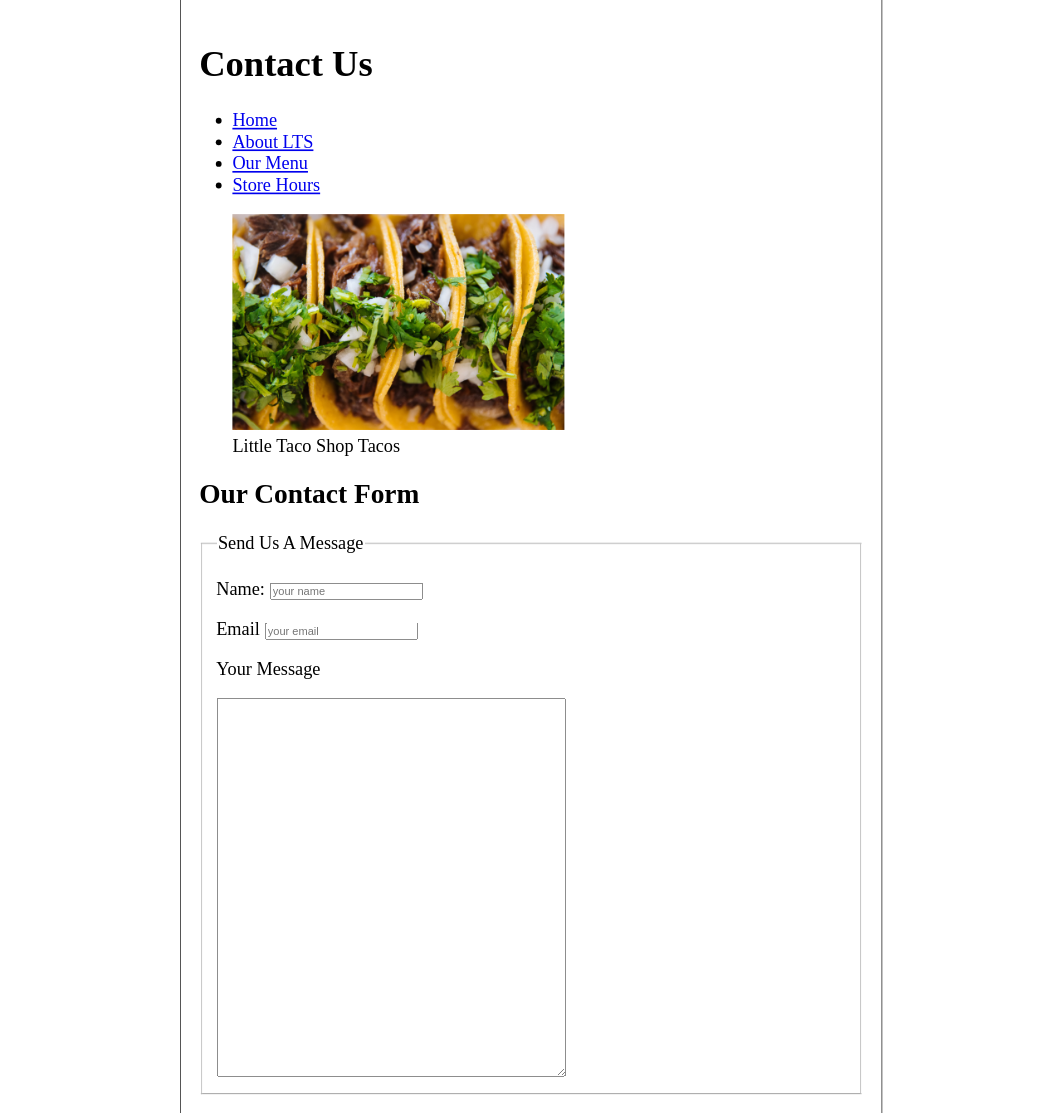
Repository: Israa-Odeh/html-basics-project
Page: contact.html
These files come from the project's save history. The page is drawn as it stood at one moment and after the next save; the edit follows.
The browser window is 1280 px wide. The pictures show the whole page, at 83% of full size.

Above is the page before, as saved 2024-08-20 03:08:12.

After the next save:
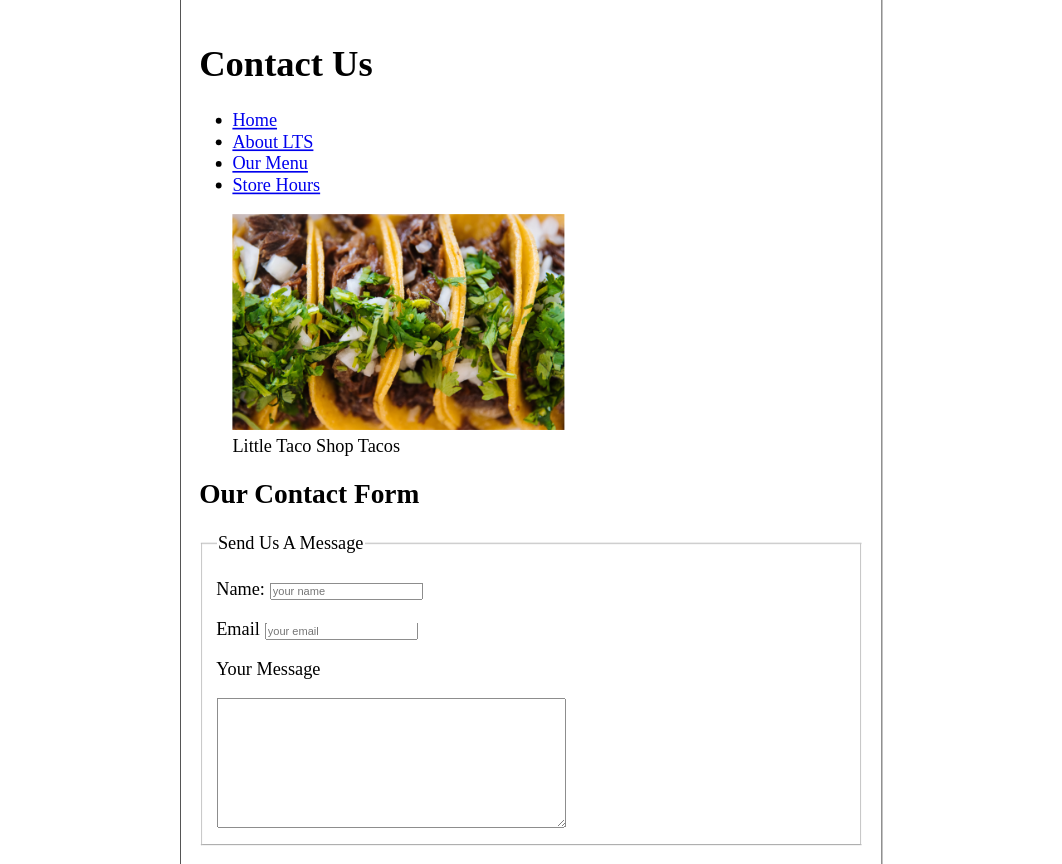
Saved 6 s later.
--- a/contact.html
+++ b/contact.html
@@ -51,7 +51,7 @@
                     <input type="email" id="email" name="email" placeholder="your email" required autocomplete="email">
                 </p>
                 <p>Your Message</p>
-                <textarea name="messgae" id="message" rows="30" cols="50"></textarea>
+                <textarea name="messgae" id="message" rows="10" cols="50"></textarea>
             </fieldset>
         </form>
 
